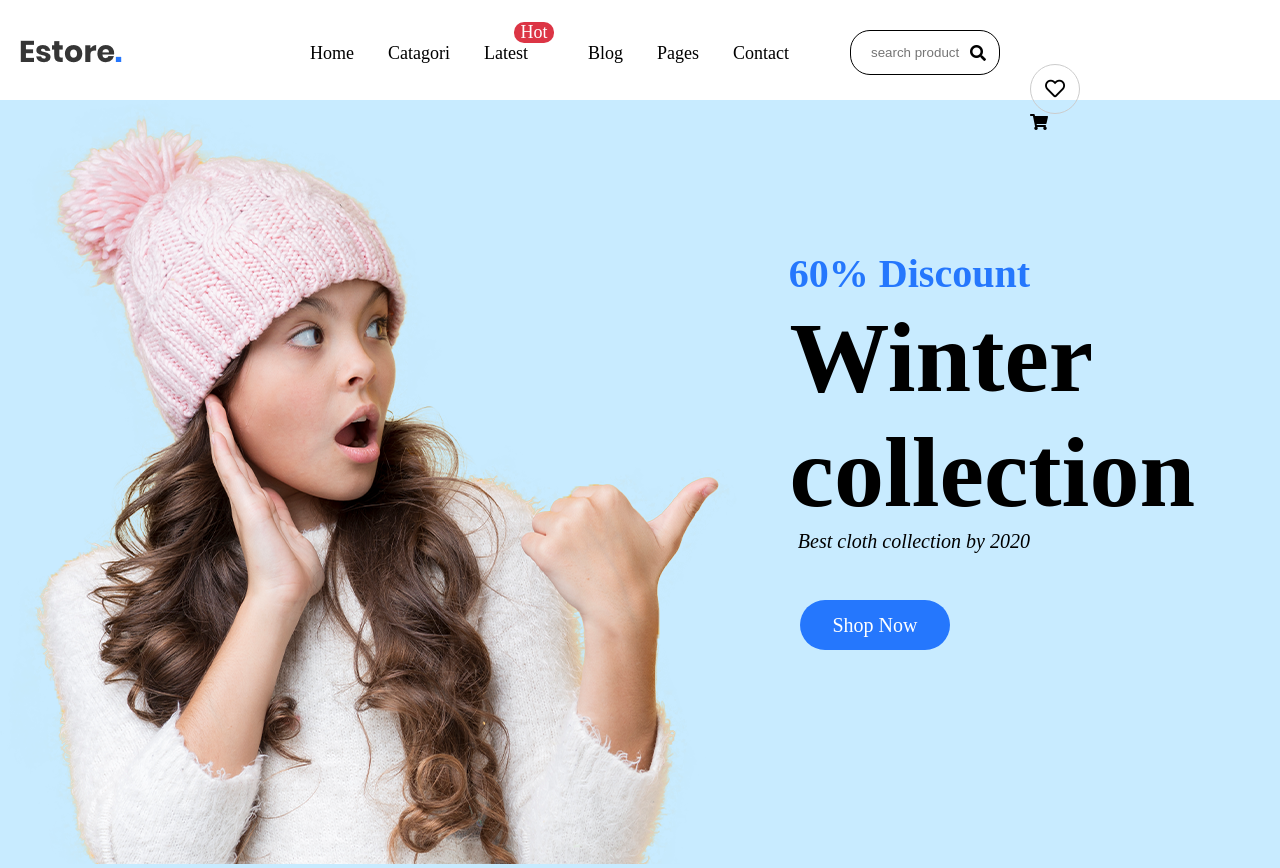
Repository: nhutduy0803/template1
Page: index.html
An editor plug-in stored every save of this project. The page is shown before and after the next save, followed by the edit.
The browser window is 1280 px wide. The pictures show the whole page.

Above is the page before, as saved 2021-12-02 22:01:28.

### index.html
<!DOCTYPE html>
<html lang="en">
  <head>
    <meta charset="UTF-8" />
    <meta http-equiv="X-UA-Compatible" content="IE=edge" />
    <meta name="viewport" content="width=device-width, initial-scale=1.0" />
    <title>TEMPLATE</title>
    <link rel="stylesheet" href="./assets/css/style.css" />
    <link
      rel="stylesheet"
      href="./assets/css/font/fontawesome-free-5.15.4-web/css/all.min.css"
    />
  </head>
  <body>
    <script src="./index.js"></script>
    <div class="header">
      <img class="logo" src="./assets/css/img/logo.webp" alt="" />
      <ul>
        <li>Home</li>
        <li>Catagori</li>
        <li>
          <p>Hot</p>
          Latest
          <ul class="sub-nav">
            <span>Produce list</span>
            <span>Produce Detail</span>
          </ul>
        </li>
        <li>
          Blog
          <ul class="sub-nav2">
            <span>Blog</span>
            <span>Blog Details</span>
          </ul>
        </li>
        <li>
          Pages
          <ul class="sub-nav3">
            <span>Login</span>
            <span>Card</span>
            <span>Element</span>
            <span>About</span>
            <span>Confirtmation</span>
            <span>Shopping Card</span>
            <span>Produce checkout</span>
          </ul>
        </li>
        <li>Contact</li>
      </ul>
      <div class="search">
        <input type="text" placeholder="search product" />
        <i class="fas fa-search"></i>
      </div>
      <div class="icon-header">
        <i class="far fa-heart"></i>
        <i class="fas fa-shopping-cart"></i>
      </div>
    </div>
    <div class="slide">
      <h3>60% Discount</h3>
      <h2>
        Winter<br />
        collection
      </h2>
      <p>Best cloth collection by 2020</p>
      <div class="shop-now">Shop Now</div>
      <img src="./assets/css/img/slider.webp" alt="" />
    </div>
  </body>
</html>

### assets/css/style.css
* {
  margin: 0;
  padding: 0;
  box-sizing: border-box;
}

html {
  scroll-behavior: smooth;
}

.header {
  width: 100%;
  height: 100px;
  background-color: #fff;
}

.slide {
  width: 100%;
  height: 100%;
  background: #c8ebff;
}

.slide h3 {
  position: absolute;
  right: 250px;
  top: 250px;
  font-family: "Yellowtail", "cursive";
  color: #2577fd;
  font-size: 40px;
}

.slide h2 {
  position: absolute;
  right: 85px;
  top: 300px;
  font-size: 100px;
}

.slide p {
  font-family: "Playfair Display", serif;
  font-style: italic;
  font-size: 20px;
  position: absolute;
  right: 250px;
  top: 530px;
}

.shop-now {
  border-radius: 30px;
  display: flex;
  justify-content: center;
  align-items: center;
  position: absolute;
  right: 330px;
  top: 600px;
  color: #fff;
  font-size: 20px;
  width: 150px;
  height: 50px;
  background: #2577fd;
}

.shop-now::before {
  position: absolute;
  left: 0px;
  top: 0px;
  border-radius: 20px;
  opacity: 0.4;
  content: " ";
  width: 0px;
  height: 50px;
  background: #00b1ff;
  transition: 0.5s;
}

.shop-now:hover::before {
  width: 150px;
  transition: 0.5s;
  border-radius: 20px;
}

.logo {
  margin-left: 20px;
  margin-top: 40px;
  display: inline-block;
}

.header ul {
  margin-top: -45px;
  margin-left: 280px;
}

.header li:nth-child(3) {
  position: relative;
}

.header li:nth-child(4) {
  position: relative;
}

.header li:nth-child(5) {
  position: relative;
}

.header li:nth-child(3) p {
  width: 40px;
  background: #dc3545;
  display: flex;
  justify-content: center;
  align-items: center;
  color: #fff;
  padding: 0 7px;
  margin-left: 30px;
  border-radius: 10px;
  height: auto;
}

.header ul li {
  font-size: 18px;
  margin-left: 30px;
  display: inline-block;
  font-weight: 500;
}
.header ul li:hover {
  transition: 0.3s;
  color: #dc3545;
}

.header {
  z-index: 10;
}

.sub-nav span {
  margin-left: 15px;
  margin-top: 15px;
  display: block;
  color: #000;
}

.sub-nav2 span {
  margin-left: 15px;
  margin-top: 15px;
  display: block;
  color: #000;
}
.sub-nav3 span {
  margin-left: 15px;
  margin-top: 15px;
  display: block;
  color: #000;
}

.sub-nav span:hover {
  color: #dc3545;
}

.sub-nav2 span:hover {
  color: #dc3545;
}

.sub-nav3 span:hover {
  color: #dc3545;
}

.sub-nav {
  border-top: 5px solid #dc3545;
  position: absolute;
  top: 70px;
  left: -300px;
  background: #fff;
  width: 150px;
  height: 100px;
  opacity: 0;
  transition: 0.3s;
}

.sub-nav2 {
  border-top: 5px solid #dc3545;
  position: absolute;
  top: 70px;
  left: -300px;
  background: #fff;
  width: 150px;
  height: 100px;
  opacity: 0;
  transition: 0.3s;
}

.sub-nav3 {
  border-top: 5px solid #dc3545;
  position: absolute;
  top: 70px;
  left: -300px;
  background: #fff;
  width: 180px;
  height: 280px;
  opacity: 0;
  transition: 0.3s;
  z-index: 10;
}

.header li:nth-child(3):hover .sub-nav {
  position: absolute;
  top: 130px;
  transition: 0.3s;
  opacity: 1;
}

.header li:nth-child(4):hover .sub-nav2 {
  position: absolute;
  top: 110px;

  transition: 0.3s;
  opacity: 1;
}

.header li:nth-child(5):hover .sub-nav3 {
  position: absolute;
  top: 110px;

  transition: 0.3s;
  opacity: 1;
}

.search input {
  width: 150px;
  margin-left: 850px;
  position: absolute;
  top: 30px;
  border-radius: 20px;
  border: 1px solid #000;
  height: 45px;
  padding-left: 20px;
}

.search .fa-search {
  position: absolute;
  margin-left: 970px;
  top: 45px;
}

.icon-header {
  position: absolute;
  right: 150px;
  width: 100px;
  height: 50px;
}

.icon-header .fa-heart {
  width: 50px;
  display: flex;
  justify-content: center;
  align-items: center;
  border: 1px solid #ccc;
  height: 50px;
  border-radius: 50%;
  font-size: 20px;
}

### index.js
function openheader() {
  var openheader = document.querySelector(".sub-nav");
  openheader.classList.toggle("opensubnav");
}

Loaded but not shown: assets/css/font/fontawesome-free-5.15.4-web/css/all.min.css (library)

After the next save:
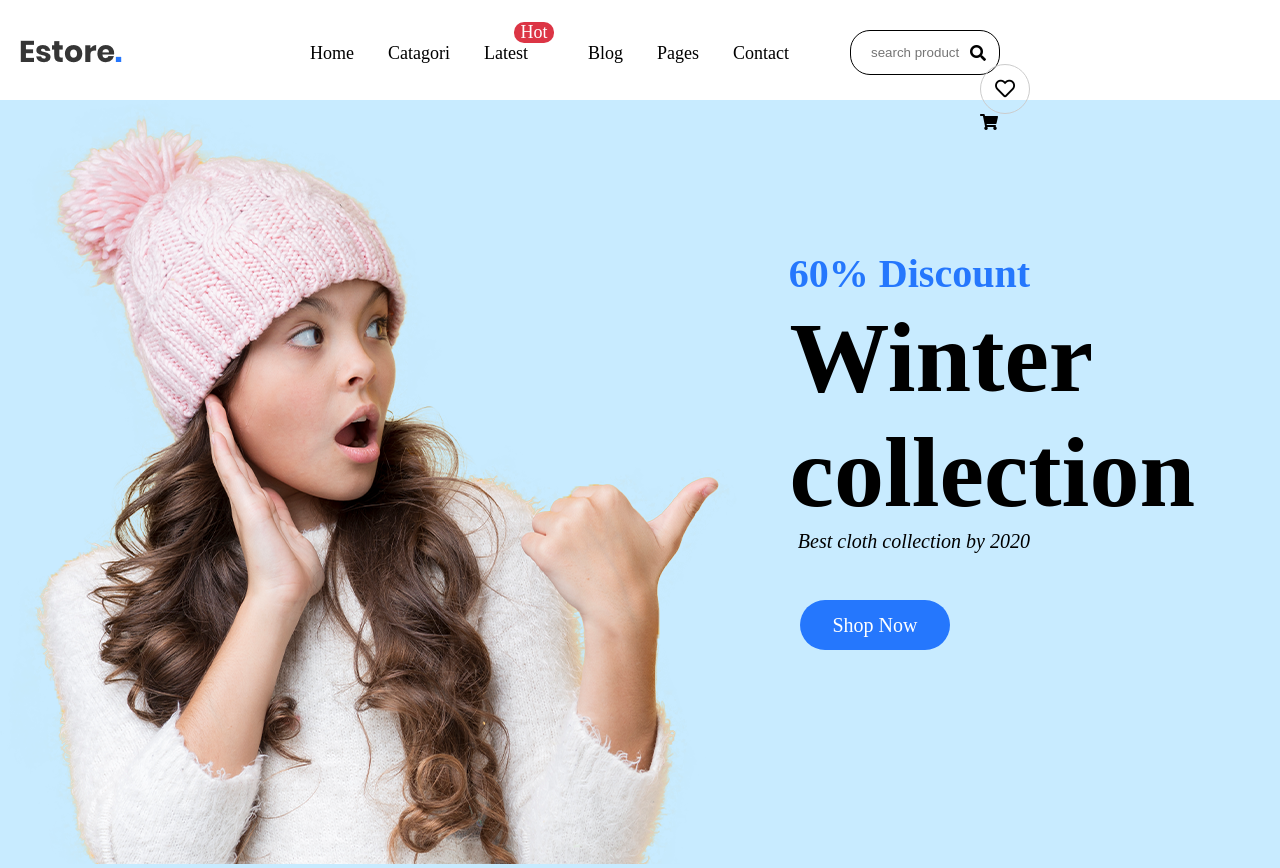
Saved 8 s later.
--- a/assets/css/style.css
+++ b/assets/css/style.css
@@ -242,7 +242,7 @@ html {
 .icon-header {
   position: absolute;
   right: 150px;
-  width: 100px;
+  width: 150px;
   height: 50px;
 }
 
